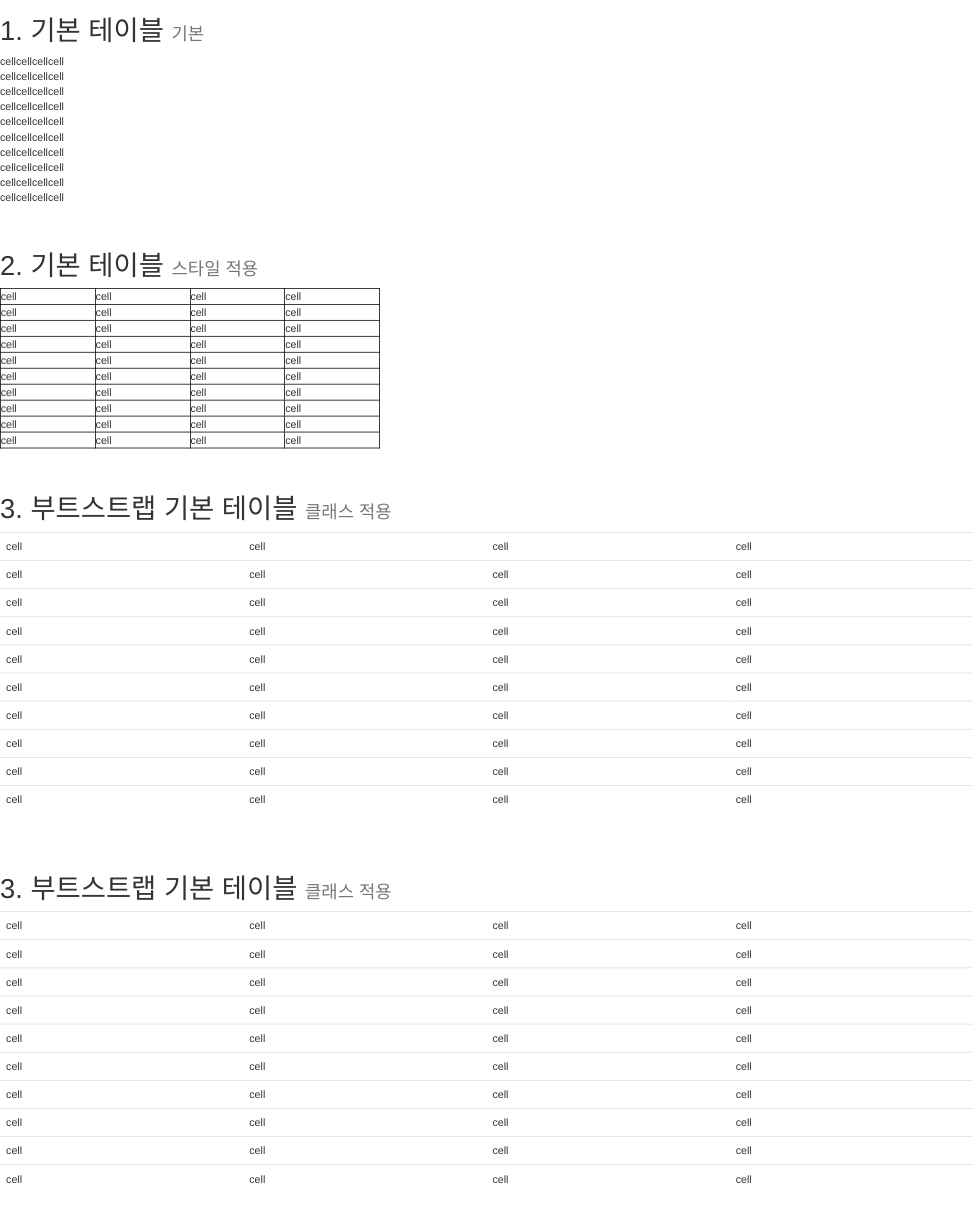
Repository: abbyinkr/BootstrapStudy
Page: BootStrapWork/WebContent/BootEx02.html
An editor plug-in stored every save of this project. The page is shown before and after the next save, followed by the edit.
The browser window is 1280 px wide. The pictures show the whole page, at 76% of full size.

Above is the page before, as saved 2021-07-01 03:35:05.

### BootStrapWork/WebContent/BootEx02.html
<!DOCTYPE html>
<html>
<head>
<meta charset="UTF-8">
<title>BootEx02.html</title>

<link rel="stylesheet" href="css/bootstrap.css">
<script type="text/javascript" src="http://code.jquery.com/jquery.min.js"></script>
<script type="text/javascript" src="js/bootstrap.min.js"></script>

<style type="text/css">

	/* 테이블 기본 서식 */
	#table
	{
		width: 500px;
		border: 1px solid black;
		border-collapse: collapse;
	}

	#table td
	{
		border: 1px solid black;
	}


</style>

</head>
<body>

<h1>1. 기본 테이블 <small>기본</small> </h1>

<!-- table>(tr>td{cell}*4)*10 -->
<table>
	<tr>
		<td>cell</td>
		<td>cell</td>
		<td>cell</td>
		<td>cell</td>
	</tr>
	<tr>
		<td>cell</td>
		<td>cell</td>
		<td>cell</td>
		<td>cell</td>
	</tr>
	<tr>
		<td>cell</td>
		<td>cell</td>
		<td>cell</td>
		<td>cell</td>
	</tr>
	<tr>
		<td>cell</td>
		<td>cell</td>
		<td>cell</td>
		<td>cell</td>
	</tr>
	<tr>
		<td>cell</td>
		<td>cell</td>
		<td>cell</td>
		<td>cell</td>
	</tr>
	<tr>
		<td>cell</td>
		<td>cell</td>
		<td>cell</td>
		<td>cell</td>
	</tr>
	<tr>
		<td>cell</td>
		<td>cell</td>
		<td>cell</td>
		<td>cell</td>
	</tr>
	<tr>
		<td>cell</td>
		<td>cell</td>
		<td>cell</td>
		<td>cell</td>
	</tr>
	<tr>
		<td>cell</td>
		<td>cell</td>
		<td>cell</td>
		<td>cell</td>
	</tr>
	<tr>
		<td>cell</td>
		<td>cell</td>
		<td>cell</td>
		<td>cell</td>
	</tr>
</table>


<br /><br />


<h1>2. 기본 테이블 <small>스타일 적용</small> </h1>

<!-- table>(tr>td{cell}*4)*10 -->
<table id="table">
	<tr>
		<td>cell</td>
		<td>cell</td>
		<td>cell</td>
		<td>cell</td>
	</tr>
	<tr>
		<td>cell</td>
		<td>cell</td>
		<td>cell</td>
		<td>cell</td>
	</tr>
	<tr>
		<td>cell</td>
		<td>cell</td>
		<td>cell</td>
		<td>cell</td>
	</tr>
	<tr>
		<td>cell</td>
		<td>cell</td>
		<td>cell</td>
		<td>cell</td>
	</tr>
	<tr>
		<td>cell</td>
		<td>cell</td>
		<td>cell</td>
		<td>cell</td>
	</tr>
	<tr>
		<td>cell</td>
		<td>cell</td>
		<td>cell</td>
		<td>cell</td>
	</tr>
	<tr>
		<td>cell</td>
		<td>cell</td>
		<td>cell</td>
		<td>cell</td>
	</tr>
	<tr>
		<td>cell</td>
		<td>cell</td>
		<td>cell</td>
		<td>cell</td>
	</tr>
	<tr>
		<td>cell</td>
		<td>cell</td>
		<td>cell</td>
		<td>cell</td>
	</tr>
	<tr>
		<td>cell</td>
		<td>cell</td>
		<td>cell</td>
		<td>cell</td>
	</tr>
</table>
<br /><br />


<h1>3. 부트스트랩 기본 테이블 <small>클래스 적용</small> </h1>

<!-- table>(tr>td{cell}*4)*10 -->
<table class="table">
	<tr>
		<td>cell</td>
		<td>cell</td>
		<td>cell</td>
		<td>cell</td>
	</tr>
	<tr>
		<td>cell</td>
		<td>cell</td>
		<td>cell</td>
		<td>cell</td>
	</tr>
	<tr>
		<td>cell</td>
		<td>cell</td>
		<td>cell</td>
		<td>cell</td>
	</tr>
	<tr>
		<td>cell</td>
		<td>cell</td>
		<td>cell</td>
		<td>cell</td>
	</tr>
	<tr>
		<td>cell</td>
		<td>cell</td>
		<td>cell</td>
		<td>cell</td>
	</tr>
	<tr>
		<td>cell</td>
		<td>cell</td>
		<td>cell</td>
		<td>cell</td>
	</tr>
	<tr>
		<td>cell</td>
		<td>cell</td>
		<td>cell</td>
		<td>cell</td>
	</tr>
	<tr>
		<td>cell</td>
		<td>cell</td>
		<td>cell</td>
		<td>cell</td>
	</tr>
	<tr>
		<td>cell</td>
		<td>cell</td>
		<td>cell</td>
		<td>cell</td>
	</tr>
	<tr>
		<td>cell</td>
		<td>cell</td>
		<td>cell</td>
		<td>cell</td>
	</tr>
</table>

<br /><br />

<h1>3. 부트스트랩 기본 테이블 <small>클래스 적용</small> </h1>

<!-- table>(tr>td{cell}*4)*10 -->
<table class="table">
	<tr>
		<td>cell</td>
		<td>cell</td>
		<td>cell</td>
		<td>cell</td>
	</tr>
	<tr>
		<td>cell</td>
		<td>cell</td>
		<td>cell</td>
		<td>cell</td>
	</tr>
	<tr>
		<td>cell</td>
		<td>cell</td>
		<td>cell</td>
		<td>cell</td>
	</tr>
	<tr>
		<td>cell</td>
		<td>cell</td>
		<td>cell</td>
		<td>cell</td>
	</tr>
	<tr>
		<td>cell</td>
		<td>cell</td>
		<td>cell</td>
		<td>cell</td>
	</tr>
	<tr>
		<td>cell</td>
		<td>cell</td>
		<td>cell</td>
		<td>cell</td>
	</tr>
	<tr>
		<td>cell</td>
		<td>cell</td>
		<td>cell</td>
		<td>cell</td>
	</tr>
	<tr>
		<td>cell</td>
		<td>cell</td>
		<td>cell</td>
		<td>cell</td>
	</tr>
	<tr>
		<td>cell</td>
		<td>cell</td>
		<td>cell</td>
		<td>cell</td>
	</tr>
	<tr>
		<td>cell</td>
		<td>cell</td>
		<td>cell</td>
		<td>cell</td>
	</tr>
</table>



</body>
</html>

Loaded but not shown: BootStrapWork/WebContent/css/bootstrap.css (library); BootStrapWork/WebContent/js/bootstrap.min.js (library)

After the next save:
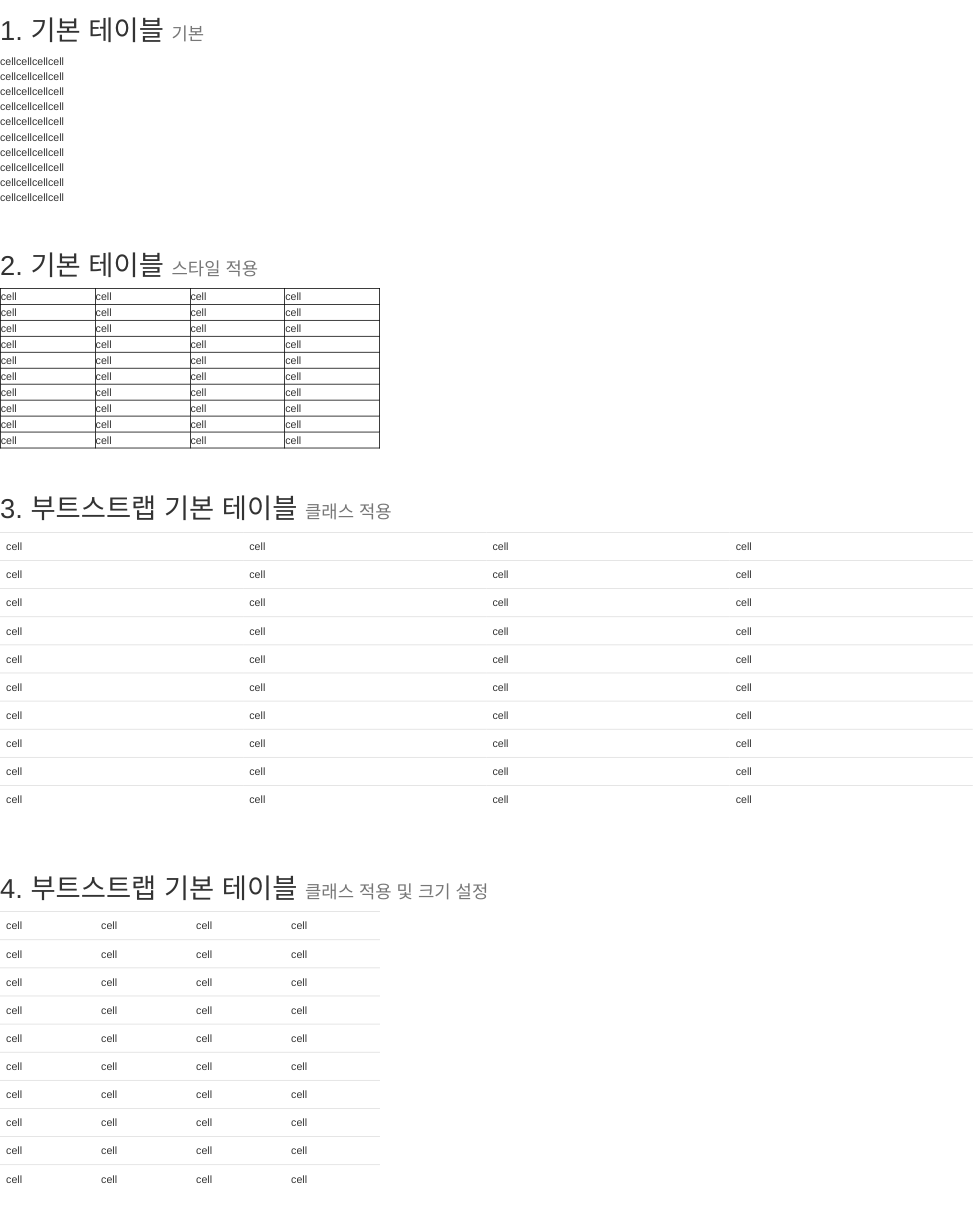
Saved 18 s later.
--- a/BootStrapWork/WebContent/BootEx02.html
+++ b/BootStrapWork/WebContent/BootEx02.html
@@ -235,10 +235,10 @@
 
 <br /><br />
 
-<h1>3. 부트스트랩 기본 테이블 <small>클래스 적용</small> </h1>
+<h1>4. 부트스트랩 기본 테이블 <small>클래스 적용 및 크기 설정</small> </h1>
 
 <!-- table>(tr>td{cell}*4)*10 -->
-<table class="table">
+<table class="table" style="width: 500px;">
 	<tr>
 		<td>cell</td>
 		<td>cell</td>
